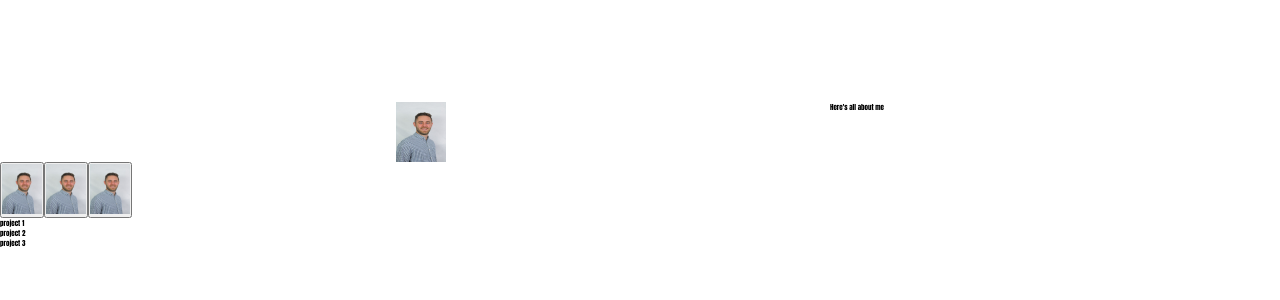
Repository: Kobramall/portfolio-project
Page: /portfolio
These files come from the project's save history. The page is drawn as it stood at one moment and after the next save; the edit follows.
The browser window is 1280 px wide. The pictures show the whole page.
The project was rebuilt for these pictures with package versions that can differ from the ones it lists, and the page was loaded fresh each time. Also part of the build but not shown: src/App.css, src/componets/Main.jsx. Imported but missing from the stored project, and not drawn on this page: src/assets/Landscape.mov.

Above is the page before, as saved 2022-11-01 15:20:34.

### src/index.css
*{
  margin:0;
  padding: 0;
  font-family: Impact, Haettenschweiler, 'Arial Narrow Bold', sans-serif;
}


.main{
  width: 100%;
  height: 100%;
}

video{
  width: 100%;
  height: 100%;
  object-fit: cover;
}

.content{
  position: absolute;
  width: 100%;
  height: 100%;
  top:0;
  display: flex;
  flex-direction: column;
  justify-content: center;
  align-items: center;
  color: azure;
  font-size: 6px;
}
.content button{
  color:azure;
  background-color: #fff;
  background-color: rgba(255, 255, 255, 0.5);
  font-size: 7px;
  border-color: transparent;
}

.content button:hover{
  background-color: lightblue;
}

.overlay{
  position: absolute;
  top: 0;
  left: 0;
  width: 100%;
  height: 100%;
}

.intro{
  margin-top: 8%;
  display: flex;
  justify-content: center;
}

.intro img{
  margin-right: 30%;
}

### src/App.js
import './App.css';
import Main from './componets/Main'
import Portfolio from './componets/Portfolio';
import {BrowserRouter as Router, Routes, Route } from "react-router-dom";

function App() {
  return (
    <Router>
      <Routes>
        <Route path="/" element={<Main />} />
        <Route path="/portfolio" element={<Portfolio />} />
       </Routes>
    </Router>
  )
}

export default App;

### src/componets/Portfolio.jsx
import React from'react'
import Img from '../assets/IMG-3147.jpg'
import '../Portfolio.css'


const Portfolio = () =>{
    return(
        <div className='portfolio'>
            <div className='intro'>
               <img src={Img} alt="Profile Picture" width="50" height="60"/>
               <p>Here's all about me</p>
            </div>
            <div className='projectLinks'>
                    <a href="https://github.com/Kobramall" ><button><img src={Img} alt="filler pics" width="40" height="50"/></button></a>
                    <a href="https://github.com/Kobramall" ><button><img src={Img} alt="filler pics" width="40" height="50"/></button></a>
                    <a href="https://github.com/Kobramall" ><button><img src={Img} alt="filler pics" width="40" height="50"/></button></a>
            </div>
            <div className='projectDes'>
                   <p>project 1</p>
                   <p>project 2</p>
                   <p>project 3</p>
            </div>
            <footer>

            </footer>
        </div>
    )
}

export default Portfolio

### src/Portfolio.css
*{
    font-size: 7px;
}

Loaded but not shown: public/index.html (common file); src/index.js (common file); src/reportWebVitals.js (common file)

After the next save:
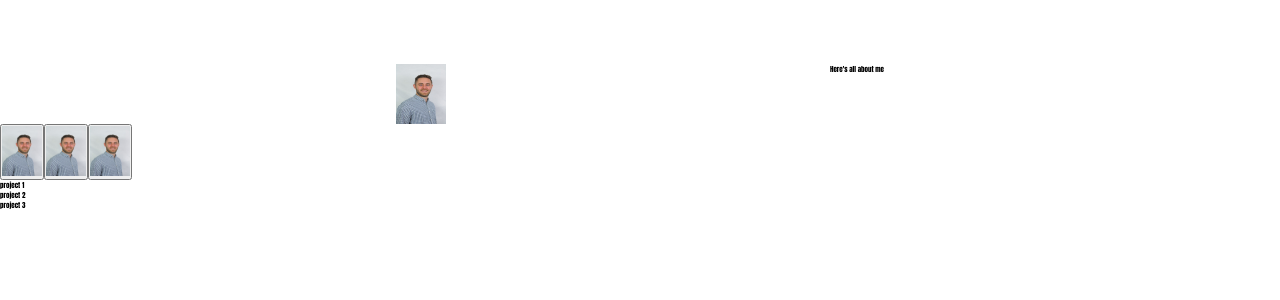
Saved 5 s later.
--- a/src/index.css
+++ b/src/index.css
@@ -49,7 +49,7 @@ video{
 }
 
 .intro{
-  margin-top: 8%;
+  margin-top: 5%;
   display: flex;
   justify-content: center;
 }
